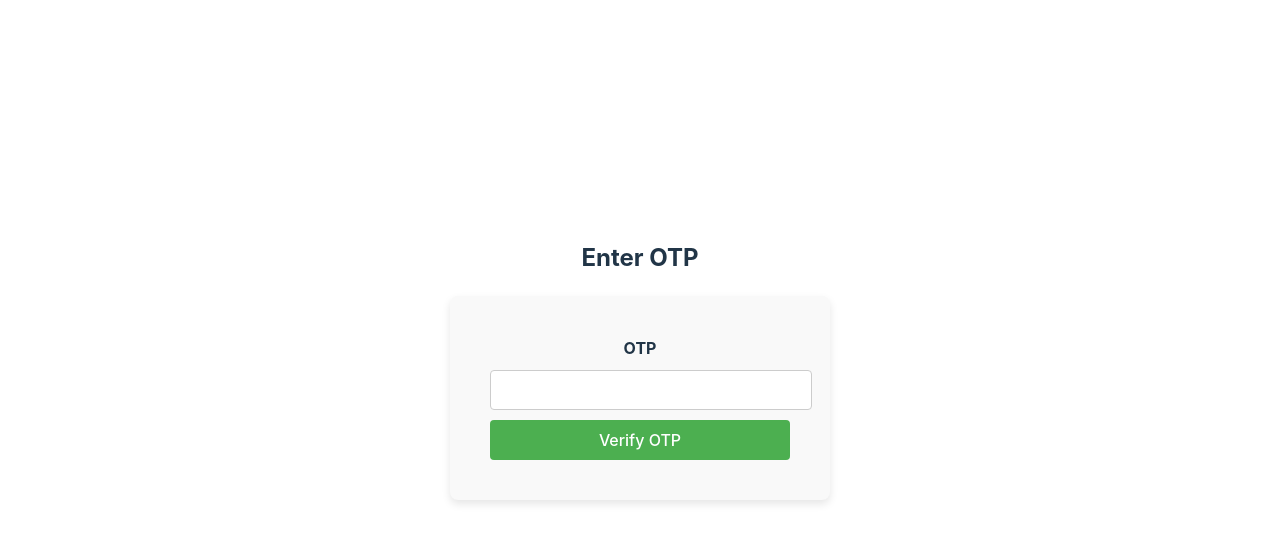
Repository: sarathraj2002/MockTest
Page: /check (app in Frontend/)
These files come from the project's save history. The page is drawn as it stood at one moment and after a run of saves; the edit follows.
The browser window is 1280 px wide. The pictures show the whole page.
The project was rebuilt for these pictures with package versions that can differ from the ones it lists, and the page was loaded fresh each time. Also part of the build but not shown: Frontend/vite.config.js, Frontend/src/components/Otp.jsx, Frontend/src/components/Home.jsx.

Above is the page before, as saved 2024-11-13 17:14:02.

### Frontend/index.html
<!doctype html>
<html lang="en">
  <head>
    <meta charset="UTF-8" />
    <link rel="icon" type="image/svg+xml" href="/vite.svg" />
    <meta name="viewport" content="width=device-width, initial-scale=1.0" />
    <title>MockTest</title>
  </head>
  <body>
    <div id="root"></div>
    <script type="module" src="/src/main.jsx"></script>
  </body>
</html>

### Frontend/src/main.jsx
import { StrictMode } from 'react'
import { createRoot } from 'react-dom/client'
import App from './App.jsx'
import './index.css'
import { BrowserRouter } from 'react-router-dom'


createRoot(document.getElementById('root')).render(
  <StrictMode>
     <BrowserRouter>
    <App />
    </BrowserRouter>
  </StrictMode>,
)

### Frontend/src/App.jsx
import { useState } from 'react'
import './App.css'
import Otp from './components/Otp'
import { Home } from './components/Home'
import { Route,Routes,useNavigate } from 'react-router-dom'
import Mail from './components/Mail'

function App() {
  const [email, setEmail] = useState('');
  const navigate = useNavigate();
  const handleEmailSubmit=(email)=>{
    setEmail(email);
    navigate('/check');
  }


  return (
    <>
    <Routes>
      <Route path='/' element={<Otp onEmailSubmit={handleEmailSubmit}/>}></Route>
      <Route path='/check' element={<Mail/>}></Route>
      <Route path='/home' element={<Home/>}></Route>
    </Routes>
    </>
  )
}

export default App

### Frontend/src/components/Mail.jsx
import React, { useState } from 'react';
import axios from 'axios';
import { useNavigate } from 'react-router-dom';

function OTPForm({ email, onOTPVerify }) {
  const [otp, setOtp] = useState('');
  const [errorMessage, setErrorMessage] = useState('');
  const navigate = useNavigate();

  const handleSubmit = async (e) => {
    e.preventDefault();

    try {
      const response = await axios.post('http://localhost:5000/api/verify-otp', {
        otp
      });
      const data = response.data;

      if (data.valid) {
        navigate('/home');
      } else {
        setErrorMessage(data.message || 'Invalid OTP. Please try again.');
      }
    } catch (error) {
      console.error('Error verifying OTP:', error);
      setErrorMessage('An error occurred while verifying OTP.');
    }
  };

  const formStyle = {
    width: '300px',
    margin: '0 auto',
    padding: '40px',
    backgroundColor: '#f9f9f9',
    borderRadius: '8px',
    boxShadow: '0 4px 8px rgba(0, 0, 0, 0.1)',
  };

  const inputStyle = {
    width: '100%',
    padding: '10px',
    margin: '10px 0',
    borderRadius: '4px',
    border: '1px solid #ccc',
    fontSize: '16px',
  };

  const buttonStyle = {
    width: '100%',
    padding: '10px',
    backgroundColor: '#4CAF50',
    color: 'white',
    fontSize: '16px',
    border: 'none',
    borderRadius: '4px',
    cursor: 'pointer',
  };

  const buttonHoverStyle = {
    backgroundColor: '#45a049',
  };

  const errorMessageStyle = {
    color: 'red',
    marginTop: '10px',
    textAlign: 'center',
  };

  return (
    <div style={{ padding: '50px 20px', textAlign: 'center' }}>
      <h2 style={{ marginBottom: '20px' }}>Enter OTP</h2>
      <form onSubmit={handleSubmit} style={formStyle}>
        <label style={{ fontSize: '16px', fontWeight: 'bold', marginBottom: '10px' }}>OTP</label>
        <input
          type="text"
          value={otp}
          onChange={(e) => setOtp(e.target.value)}
          required
          maxLength="4"
          style={inputStyle}
        />
        <button type="submit" style={buttonStyle} onMouseEnter={(e) => e.target.style.backgroundColor = buttonHoverStyle.backgroundColor} onMouseLeave={(e) => e.target.style.backgroundColor = buttonStyle.backgroundColor}>
          Verify OTP
        </button>
      </form>
      {errorMessage && <p style={errorMessageStyle}>{errorMessage}</p>}
    </div>
  );
}

export default OTPForm;

Loaded but not shown: Frontend/src/index.css (common file); Frontend/src/App.css (common file)

After the next 2 saves:
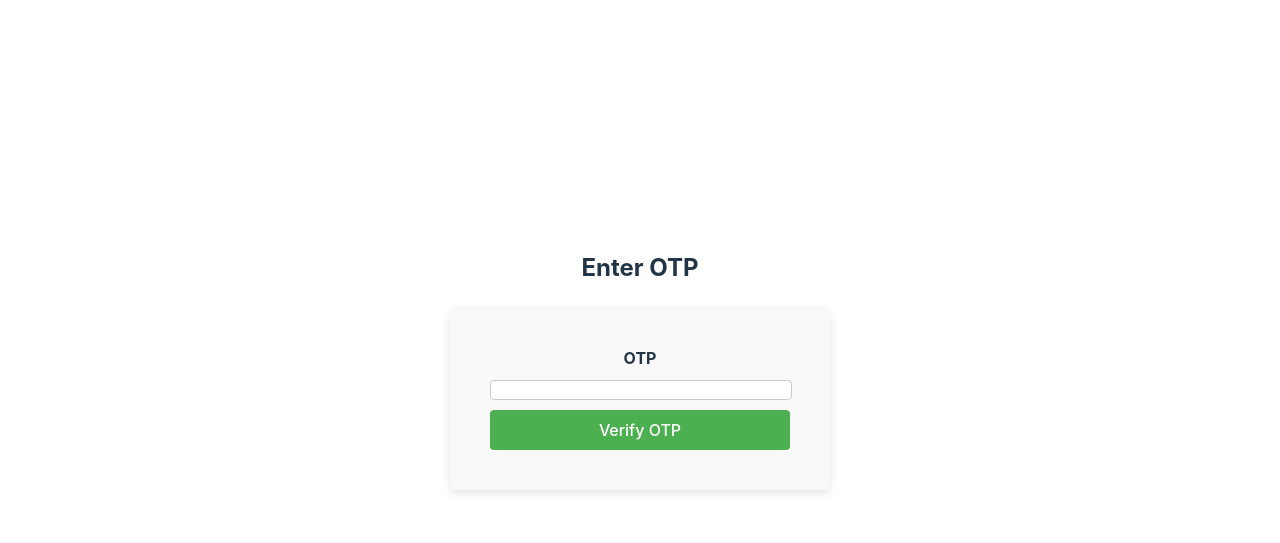
The 2 saves are shown as one change because they came seconds apart.
The last was saved 10 s later.
--- a/Frontend/src/components/Mail.jsx
+++ b/Frontend/src/components/Mail.jsx
@@ -38,7 +38,7 @@ function OTPForm({ email, onOTPVerify }) {
 
   const inputStyle = {
     width: '100%',
-    padding: '10px',
+    padding: '0px',
     margin: '10px 0',
     borderRadius: '4px',
     border: '1px solid #ccc',
